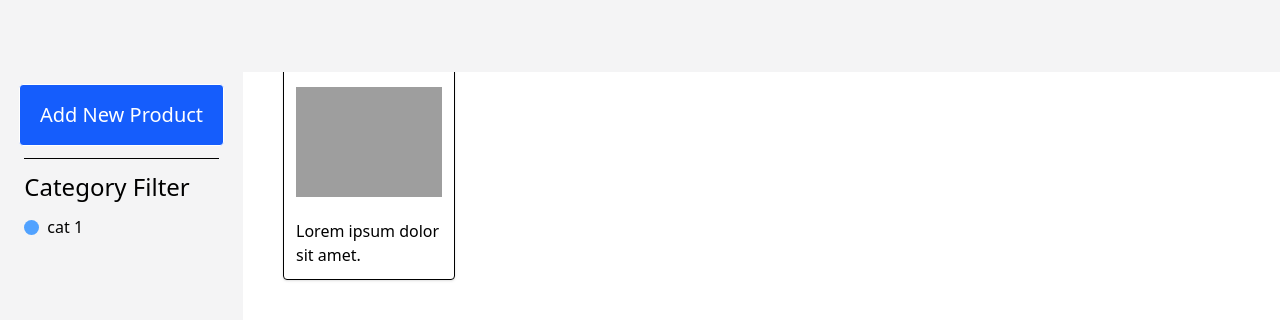
Repository: Habeebur1493/project
Page: /Home
An editor plug-in stored every save of this project. The page is shown before and after the next save, followed by the edit.
The browser window is 1280 px wide. The pictures show the whole page.
Pictures or frames that could not be fetched are drawn as grey boxes. The project was rebuilt for these pictures with package versions that can differ from the ones it lists, and the page was loaded fresh each time. Also part of the build but not shown: vite.config.js, src/Components/Login.jsx, src/Components/Details.jsx.

Above is the page before, as saved 2025-01-31 11:49:19.

### index.html
<!doctype html>
<html lang="en">
  <head>
    <meta charset="UTF-8" />
    <meta name="viewport" content="width=device-width, initial-scale=1.0" />
    <title>Project</title>
  </head>
  <body>
    <div id="root"></div>
    <script type="module" src="/src/main.jsx"></script>
  </body>
</html>

### src/main.jsx
import React from "react";
import { createRoot } from "react-dom/client";
import App from "./App.jsx";
import { BrowserRouter } from "react-router-dom";

createRoot(document.getElementById("root")).render(

    <BrowserRouter>
      <App />
    </BrowserRouter>

);

### src/App.jsx
import React from "react";
import "./App.css";
import { Route, Routes } from "react-router-dom";
import Login from "./Components/Login.jsx";
import Home from "./Components/Home.jsx";
import Details from "./Components/Details.jsx";

const App = () => {
  return (
    <div className="h-screen w-screen flex">
      <Routes>
        <Route path="/" element={<Login />} />
        <Route path="/Home" element={<Home />} />
        <Route path="/details/:id" element={<Details />} />
      </Routes>
    </div>
  );
};

export default App;

### src/Components/Home.jsx
import React from 'react'
import Nav from './Nav'
import { Link } from 'react-router-dom'



const Home = () => {
  return (
    <>
    <Nav />

    <div className='w-[85%] p-10 pt-[5%] flex flex-wrap overflow-x-hidden overflow-y-auto'>
          <Link
          to='/details/1'
            className='mr-3 mb-3 card p-3 border shadow rounded w-[18%] h-[30vh] flex-col flex
            justify-center items-center'>
            <div
               className='hover:scale-110 mb-3 w-full h-[80%] bg-contain bg-no-repeat bg-center'
               style={{
                  backgroundImage:
                      "url(https://fakestoreapi.com/img/81fPKd-2AYL._AC_SL1500_.jpg)",
               }}
            ></div>
            <h1 className="hover:text-blue-300">Lorem ipsum dolor sit amet.</h1>
        </Link>
    </div>
    </>
  )
}

export default Home

### src/Components/Nav.jsx
import React from "react";

const Nav = () => {
  return (
    <>
      <nav className="w-[20%] h-[90%] mt-[5%] bg-zinc-100 flex flex-col items-center pt-5  ">
        <a
          className="py-4 px-5 border rounded text-white text-xl bg-blue-600"
          href="/create"
        >
          Add New Product
        </a>
        <hr className="my-3 w-[80%]" />
        <h1 className="text-2xl mb-3 w-[80%]">Category Filter</h1>
        <ul className="w-[80%]">
          <li className="flex items-center mb-3">
            <span className="rounded-full mr-2 w-[15px] h-[15px] bg-blue-400"></span>
            {""}
            cat 1
          </li>
        </ul>
      </nav>

      <nav className="w-screen h-[10%] bg-zinc-100 flex justify-evenly
      items-center absolute overflow-y-auto">

      </nav>
    </>
  );
};

export default Nav;

Loaded but not shown: src/App.css (common file)

After the next save:
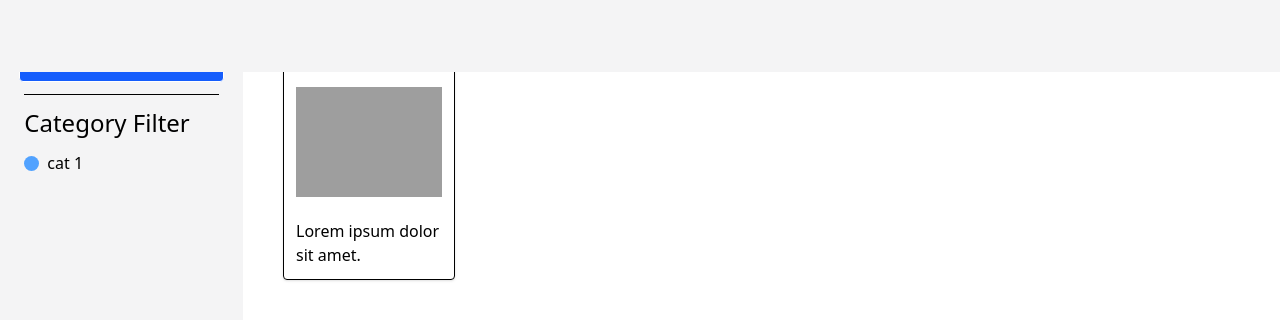
Saved 13 s later.
--- a/src/Components/Nav.jsx
+++ b/src/Components/Nav.jsx
@@ -3,7 +3,7 @@ import React from "react";
 const Nav = () => {
   return (
     <>
-      <nav className="w-[20%] h-[90%] mt-[5%] bg-zinc-100 flex flex-col items-center pt-5  ">
+      <nav className="w-[20%] h-[90%] bg-zinc-100 flex flex-col items-center pt-5  ">
         <a
           className="py-4 px-5 border rounded text-white text-xl bg-blue-600"
           href="/create"
